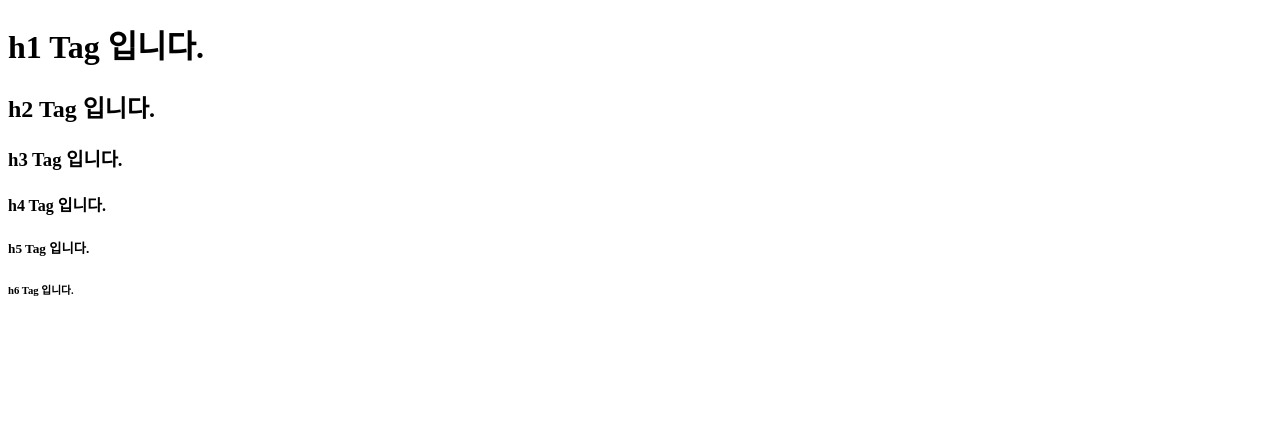
Repository: usonihs/StudyX
Page: JSP/HTML/src/main/webapp/Lec02.html
An editor plug-in stored every save of this project. The page is shown before and after the next save, followed by the edit.
The browser window is 1280 px wide. The pictures show the whole page.

Above is the page before, as saved 2022-10-19 03:17:32.

### JSP/HTML/src/main/webapp/Lec02.html
<!DOCTYPE html>
<html>
<head>
<meta charset="UTF-8">
<title>Insert title here</title>
</head>
<body>
	<h1>h1 Tag 입니다.</h1>
	<h2>h2 Tag 입니다.</h2>
	<h3>h3 Tag 입니다.</h3>
	<h4>h4 Tag 입니다.</h4>
	<h5>h5 Tag 입니다.</h5>
	<h6>h6 Tag 입니다.</h6>
</body>
</html>

After the next save:
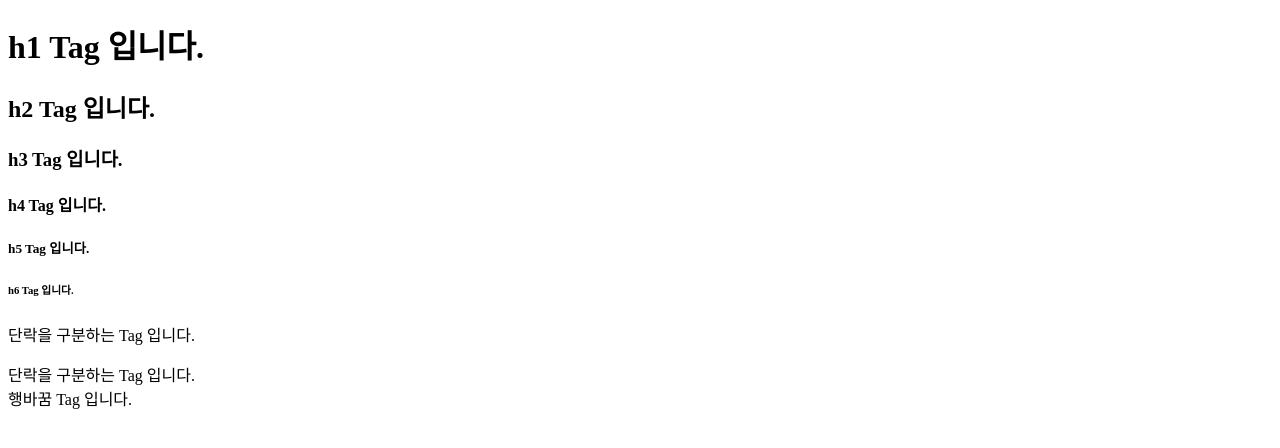
Saved 57 s later.
--- a/JSP/HTML/src/main/webapp/Lec02.html
+++ b/JSP/HTML/src/main/webapp/Lec02.html
@@ -11,5 +11,7 @@
 	<h4>h4 Tag 입니다.</h4>
 	<h5>h5 Tag 입니다.</h5>
 	<h6>h6 Tag 입니다.</h6>
+	<p>단락을 구분하는 Tag 입니다.</p>
+	<p>단락을 구분하는 Tag 입니다. <br> 행바꿈 Tag 입니다.</p>
 </body>
 </html>
